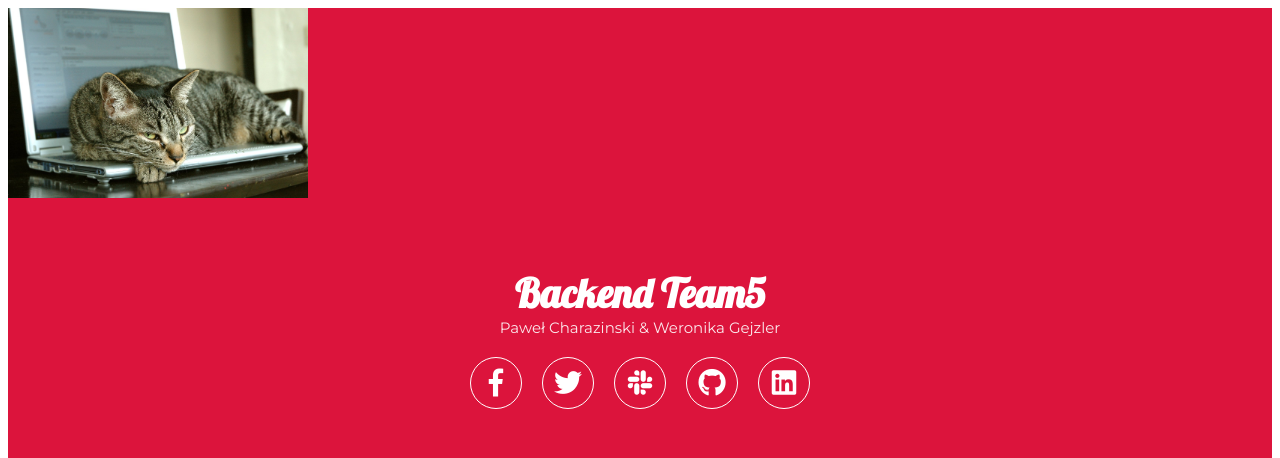
Repository: pietruszka/cc_proj1
Page: index.html
These files come from the project's save history. The page is drawn as it stood at one moment and after a run of saves; the edit follows.
The browser window is 1280 px wide. The pictures show the part of the page from y = 0 to 458 px (the page is 1111 px tall).
Pictures or frames that could not be fetched are drawn as grey boxes. Some web libraries are served in a nearby version.

Above is the page before, as saved 2018-11-18 19:32:56.

### index.html
<!DOCTYPE html>
<html lang="en">

<head>
    <meta charset="UTF-8">
    <meta name="viewport" content="width=device-width, initial-scale=1.0">
    <link rel="stylesheet" href="./style.css" />
    <link href="https://fonts.googleapis.com/css?family=Lobster" rel="stylesheet">
    <link href="https://use.fontawesome.com/releases/v5.0.8/css/all.css" rel="stylesheet">
    <link href="https://fonts.googleapis.com/css?family=Montserrat" rel="stylesheet">
    <link href="https://fonts.googleapis.com/css?family=Raleway" rel="stylesheet">
    <title>BackendTeam5</title>
</head>

<body>

    <div class="wrapper">
        <div id="top">
            <div id="photo"><img id="photo1" src="people.jpg" alt=""></div>
            <div id="heading">


               <h1 id="heading1">Backend Team5</h1>
               <h2 id="heading2">Paweł Charazinski &amp; Weronika Gejzler</h2>
               <div class="nav">

                <div class="nav-item">
                    <a href="#" class="fab fa-facebook-f"></a>
                </div>
                <div class="nav-item">
                    <a href="#" class="fab fa-twitter"></a>
                </div>

                <div class="nav-item">
                    <a href="#" class="fab fa-slack"></a>
                </div>
                <div class="nav-item">
                    <a href="#" class="fab fa-github"></a>
                </div>
                <div class="nav-item">
                    <a href="#" class="fab fa-linkedin"></a>
                </div>
            </div>


            </div>

        </div>

        <div id="bottom">
            <div id="about">
<h1 id="h_about">O <span style="color:crimson">nas</span></h1>
<p id="p_about">Witamy na naszej stronie-wizytówce! Jest to nasz pierwszy projekt w ramach warsztatów koła naukowego CodersCrew! Do jego stworzenia wykorzystaliśmy HTML oraz CSS z użyciem flexbox i grid. Mamy nadzieję, że Ci się podoba! Kolejne nasze projekty dotyczyć będą JavaScriptu i frameworka React. Zachęcamy do pozostania w kontakcie.</p>
<div id="button">Dowiedz się więcej!</div>


            </div>
            <div id="details">
<table>
    <tr>
        <td class="table"><b>City</b></td>
        <td class="table">Wrocław</td>
    </tr>
    <tr>
        <td class="table"><b>Technologies</b></td>
        <td class="table">HTML/CSS</td>
    </tr>
    <tr>
        <td class="table"><b>Training time</b></td>
        <td class="table">1 week</td>
    </tr>
    <tr>
        <td class="table"><b>What's next</b></td>
        <td class="table">JavaScript!</td>
    </tr>
    <tr>
        <td class="table"><b>Emails</b></td>
        <td class="table">weronika.gejzler@gmail.com
        </td>
    </tr>
    <tr><td class="table"></td><td class="table">pawel.charazinski@gmail.com
        </td></tr>

</table>
</div>
        </div>

    </div>
</div>
</body>

</html>

### style.css
.wrapper{
   font-size: 1.5em;
   width: 100%;
   height: 100vh;
  display: grid;
   grid-template-areas:
   "photo"
   "heading"
   "about"
   "details";
   grid-template-columns: 1fr;
   grid-template-rows: 450px 600px 250px 250px;

}
#top{
   display: inline-block;
    background-color: crimson;
    color: white;


}
#photo{

    grid-area: photo;
}
#photo1{

   width: 300px;

}

#heading{

  padding: 5vw;
  grid-area: heading;
}

#heading1 {

    font-size: 40px;
    font-weight: 700;
        font-family: 'Lobster', cursive;
    text-align: center;
    margin:0;
   }
   #heading2 {

    font-size: 15px;
    font-weight: 100;
    font-family:  Montserrat;
    text-align: center;
    margin: 0%;
    opacity: 0.9;
    }

    a {
        color: white;
        text-decoration: none;

    }
    .nav {
        display: flex;
        justify-content: center;
        margin: 20px;

    }

    .nav-item {

        animation: show 0.5s ease-in-out forwards;

        transition: all 0.3s ease-in-out;
        border-radius: 100%;
        border: solid 1px white;

        width: 50px;
        height: 50px;
        margin: 0 10px;
        display: flex;
        align-items: center;
        justify-content: center;

    }

    .nav-item:hover {
        cursor: pointer;

        opacity: 0.5;

    }

    .nav-item a:hover {

        opacity: 0.5;

    }

    .nav-item a {
        font-size: 28px;

    }

#bottom{

    background: url(abstract/8020.jpg);


}
#about{
   margin: 5vw;
   grid-area: about;
}
#h_about{
   font-family:  Montserrat;
    font-style: Bold;
    font-size: 24px;
        text-align: Left;
        line-height: 29px;

}
#p_about{
   color: #666666;
   Font-Family: Raleway;
Font-Style: Regular;
Font-Size: 16px;
Line-Height: 24px;
text-Align: Left;
}
#button{
    border: 2px solid crimson;
    border-radius: 25px;
    background-color: white;
    color: crimson;

    padding: 15px 32px;
    text-align: center;
    text-decoration: none;
    display: inline-block;
    font-size: 14px;
    Font-Family: Raleway;
}



#details{
    margin: 5vw;
    color: #666666;
    Font-Family: Raleway;
 Font-Style: Regular;
 Font-Size: 16px;
 Line-Height: 29px;
 text-Align: Left;
 grid-area: details;
}
.table{
    padding: 1vw;
}

After the next 4 saves:
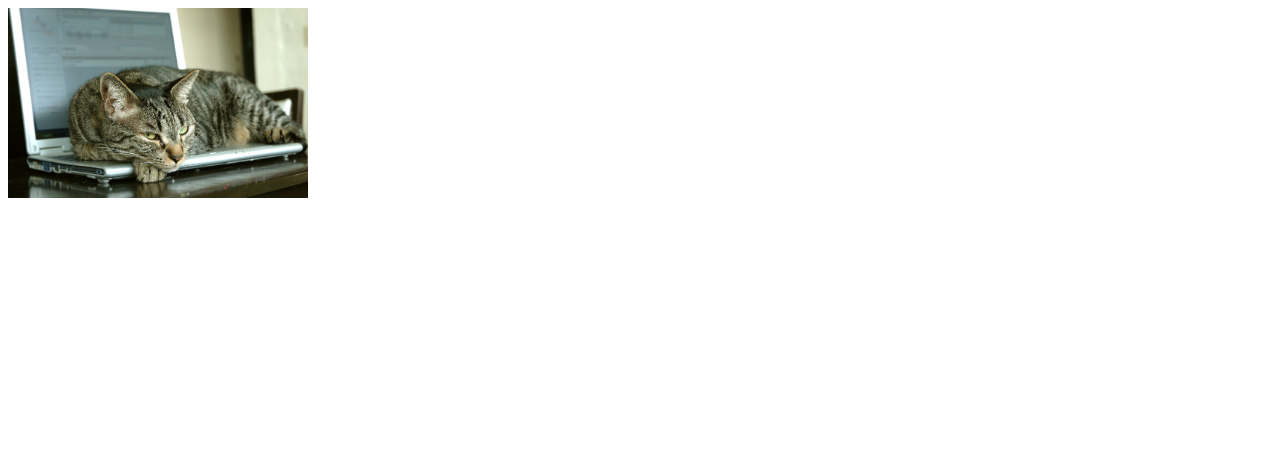
The 4 saves are shown as one change because they came seconds apart.
The last was saved 15 s later.
--- a/style.css
+++ b/style.css
@@ -13,7 +13,8 @@
 
 }
 #top{
-   display: inline-block;
+   display: flex;
+   flex-direction:
     background-color: crimson;
     color: white;
 

After the save that followed:
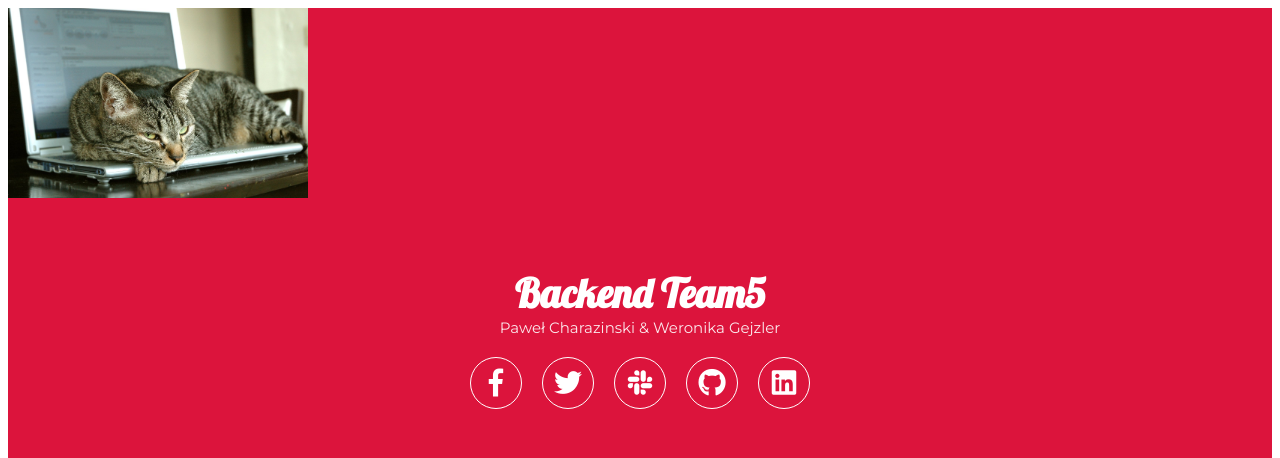
Saved 4 s later.
--- a/style.css
+++ b/style.css
@@ -14,7 +14,7 @@
 }
 #top{
    display: flex;
-   flex-direction:
+   flex-direction: column;
     background-color: crimson;
     color: white;
 
